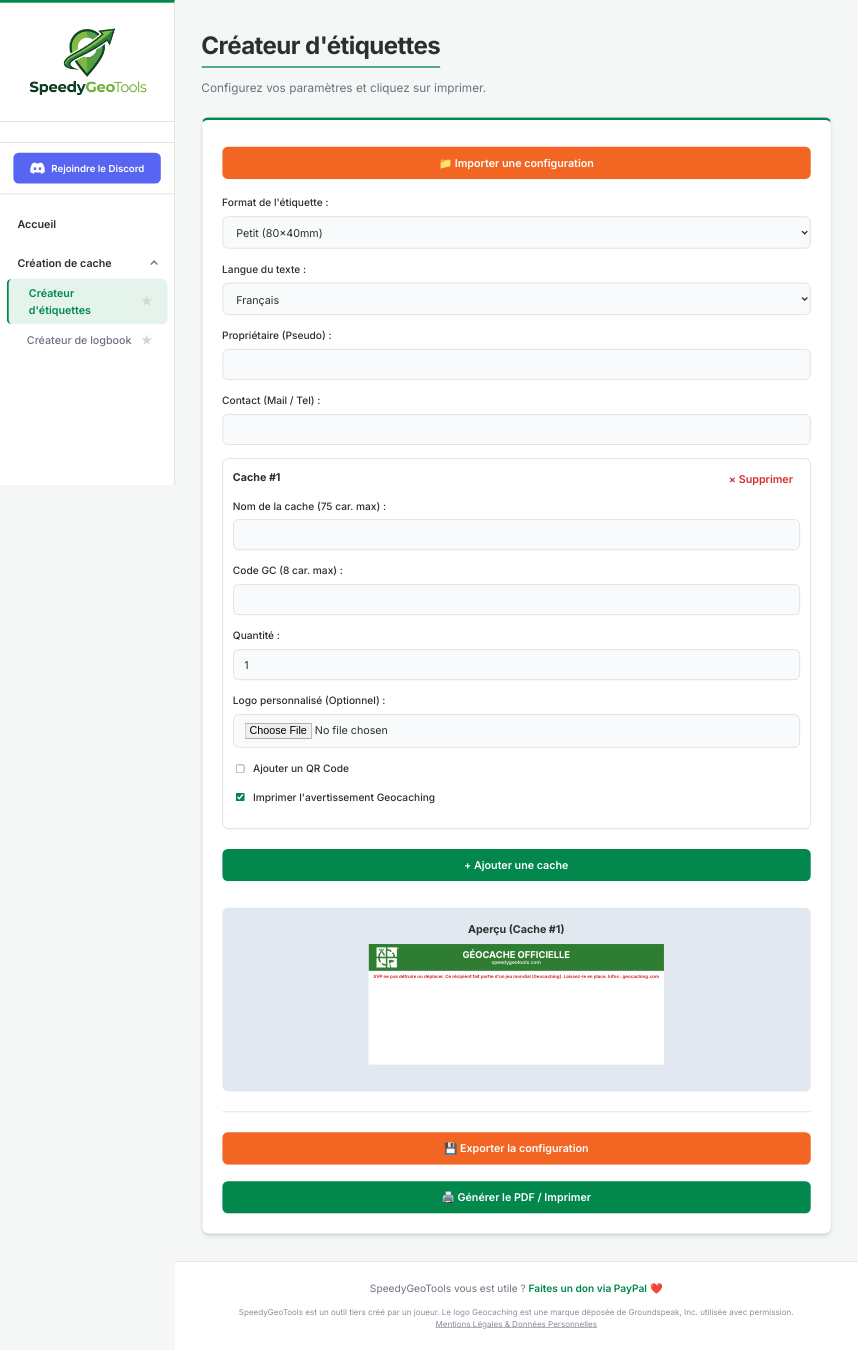
Repository: rodafux/SpeedyGeoTools
Page: etiquettes.html
An editor plug-in stored every save of this project. The page is shown before and after the next save, followed by the edit.
The browser window is 1280 px wide. The pictures show the whole page, at 67% of full size.

Above is the page before, as saved 2026-04-10 23:29:50.

### etiquettes.html
<!DOCTYPE html>
<html lang="fr">
<head>
    <meta charset="UTF-8">
    <meta name="viewport" content="width=device-width, initial-scale=1.0">
    <title>SpeedyGeoTools - Créateur d'étiquettes</title>
    <link rel="preconnect" href="https://fonts.googleapis.com">
    <link rel="preconnect" href="https://fonts.gstatic.com" crossorigin>
    <link href="https://fonts.googleapis.com/css2?family=Inter:wght@400;500;600;700&display=swap" rel="stylesheet">
    <link rel="stylesheet" href="css/style.css">
    <link rel="stylesheet" href="css/print.css">
    <script src="https://cdnjs.cloudflare.com/ajax/libs/qrious/4.0.2/qrious.min.js"></script>
</head>
<body>
    <div class="app-sidebar no-print">
        <a href="index.html" class="sidebar-brand">
            <img src="logo.png" alt="SpeedyGeoTools" class="brand-logo">
        </a>
        <div id="google_translate_element" class="translation-widget"></div>
        <div class="sidebar-discord">
            <a href="https://discord.gg/7D9yHJCKaA" target="_blank">
                <svg viewBox="0 0 127.14 96.36" width="22" height="22" fill="currentColor">
                    <path d="M107.7,8.07A105.15,105.15,0,0,0,81.47,0a72.06,72.06,0,0,0-3.36,6.83A97.68,97.68,0,0,0,49,6.83,72.37,72.37,0,0,0,45.64,0,105.89,105.89,0,0,0,19.39,8.09C2.79,32.65-1.71,56.6.54,80.21h0A105.73,105.73,0,0,0,32.71,96.36,77.7,77.7,0,0,0,39.6,85.25a68.42,68.42,0,0,1-10.85-5.18c.91-.66,1.8-1.34,2.66-2a75.57,75.57,0,0,0,64.32,0c.87.71,1.76,1.39,2.66,2a68.68,68.68,0,0,1-10.87,5.19,77,77,0,0,0,6.89,11.1A105.25,105.25,0,0,0,126.6,80.22h0C129.24,52.84,122.09,29.11,107.7,8.07ZM42.45,65.69C36.18,65.69,31,60,31,53s5-12.74,11.43-12.74S54,46,53.89,53,48.84,65.69,42.45,65.69Zm42.24,0C78.41,65.69,73.31,60,73.31,53s5-12.74,11.43-12.74S96.33,46,96.22,53,91.08,65.69,84.69,65.69Z"/>
                </svg>
                <span>Rejoindre le Discord</span>
            </a>
        </div>
        <div class="sidebar-nav">
            <a href="index.html">Accueil</a>
            <details open>
                <summary>Création de cache</summary>
                <a href="etiquettes.html" class="active">Créateur d'étiquettes</a>
                <a href="logbook.html">Créateur de logbook</a>
            </details>
        </div>
    </div>
    <div class="app-content">
        <div class="container no-print">
            <h1>Créateur d'étiquettes</h1>
            <p class="subtitle">Configurez vos paramètres et cliquez sur imprimer.</p>
            <div class="main-layout" style="display:block;">
                <div class="controls-panel">
                    <div style="margin-bottom: 25px;">
                        <input type="file" id="importEtiquettes" accept=".json" onchange="importConfig(event)" style="display: none;">
                        <button onclick="document.getElementById('importEtiquettes').click()" class="btn-secondary">📁 Importer une configuration</button>
                    </div>
                    <div class="form-group">
                        <label for="labelSize">Format de l'étiquette :</label>
                        <select id="labelSize" onchange="onSizeChange()">
                            <option value="micro">Micro (50x25mm)</option>
                            <option value="small" selected>Petit (80x40mm)</option>
                            <option value="regular">Standard (120x60mm)</option>
                        </select>
                    </div>
                    <div class="form-group">
                        <label for="pdfLanguage">Langue du texte :</label>
                        <select id="pdfLanguage" onchange="onSizeChange()">
                            <option value="fr">Français</option>
                            <option value="en">English (Anglais)</option>
                            <option value="de">Deutsch (Allemand)</option>
                            <option value="es">Español (Espagnol)</option>
                            <option value="it">Italiano (Italien)</option>
                            <option value="pt">Português (Portugais)</option>
                            <option value="nl">Nederlands (Néerlandais)</option>
                            <option value="cs">Čeština (Tchèque)</option>
                        </select>
                    </div>
                    <div class="form-group">
                        <label for="labelOwner">Propriétaire (Pseudo) :</label>
                        <input type="text" id="labelOwner" onkeyup="updateLabelPreview()">
                    </div>
                    <div class="form-group">
                        <label for="labelMail">Contact (Mail / Tel) :</label>
                        <input type="text" id="labelMail" onkeyup="updateLabelPreview()">
                    </div>
                    <div id="cachesListContainer"></div>
                    <button onclick="addCacheCard()" style="margin-bottom: 20px;">+ Ajouter une cache</button>
                    <div id="labelPreviewContainer" style="margin-top: 20px; background: #e2e8f0; padding: 20px; border-radius: 8px;"></div>
                    <div style="margin-top: 30px; border-top: 1px solid var(--border-color); padding-top: 20px;">
                        <button onclick="exportConfig()" class="btn-secondary" style="margin-bottom: 15px;">💾 Exporter la configuration</button>
                        <button onclick="generateLabelsAndPrint()">🖨️ Générer le PDF / Imprimer</button>
                    </div>
                </div>
            </div>
        </div>
        <footer class="site-footer no-print">
            <p>SpeedyGeoTools vous est utile ? <a href="https://paypal.me/JulienPorcher" target="_blank" rel="noopener noreferrer">Faites un don via PayPal</a> ❤️</p>
            <p class="disclaimer">
                SpeedyGeoTools est un outil tiers créé par un joueur. Le logo Geocaching est une marque déposée de Groundspeak, Inc. utilisée avec permission.<br>
                <a href="mentions-legales.html">Mentions Légales & Données Personnelles</a>
            </p>
        </footer>
    </div>
    <div id="render-area"></div>
    <script type="text/javascript" src="//translate.google.com/translate_a/element.js?cb=googleTranslateElementInit"></script>
    <script src="js/i18n.js"></script>
    <script src="js/formats/micro.js"></script>
    <script src="js/formats/small.js"></script>
    <script src="js/formats/regular.js"></script>
    <script src="js/etiquettes.js"></script>
    <script src="js/main.js"></script>
</body>
</html>

### css/print.css
@media print {
    @page { size: A4 portrait; margin: 0; }
    body { background: white; padding: 0; margin: 0; color: black; font-family: sans-serif; display: block; }
    body > * { display: none !important; }
    body > #render-area { display: block !important; width: 100%; }
    .a4-page { width: 210mm; height: 297mm; padding: 10mm 15mm; box-sizing: border-box; display: flex; justify-content: center; break-after: page; }
    .a4-page:last-child { page-break-after: auto; break-after: auto; }
    .log-strip { height: 100%; border: 1px solid #000; border-left: none; box-sizing: border-box; display: flex; flex-direction: column; overflow: hidden; }
    .log-strip:first-child { border-left: 1px solid #000; }
    .staple-area { min-height: 10mm; border-bottom: 1px dashed #999; }
    .official-logo-box { text-align: center; padding: 5mm 0; border-bottom: 1px solid #000; }
    .official-logo-box img { width: 20mm; height: auto; }
    .official-logo-box div { font-size: 7px; font-weight: bold; margin-top: 2px; }
    .strip-logo { width: 100%; max-height: 25mm; object-fit: contain; margin: 4mm 0; padding: 0 2mm; box-sizing: border-box; display: block; }
    .logo-container { border-bottom: 1px solid #000; }
    .created-on { text-align: center; font-size: 9px; font-weight: bold; background-color: #000 !important; color: #FFF !important; padding: 4px 1mm; border-bottom: 1px solid #000; text-transform: uppercase; letter-spacing: 0.3px; -webkit-print-color-adjust: exact; print-color-adjust: exact; }
    .cache-info { text-align: center; padding: 4px 3mm 4px 5mm; border-bottom: 1px solid #000; font-size: 10px; }
    .cache-info strong { font-size: 11px; display: block; }
    .emergency-box { padding: 6px 3mm 6px 5mm; border-bottom: 1px solid #000; font-size: 8px; line-height: 1.6; }
    .emergency-box strong { display: block; text-align: center; font-size: 10px; margin-bottom: 4px; }
    .warning-text { font-size: 6.5px; padding: 4px 3mm 4px 5mm; text-align: justify; line-height: 1.2; border-bottom: 1px solid #000; }
    .warning-text strong { display: block; text-align: center; margin-bottom: 3px; font-size: 7.5px; }
    .warning-text ul { padding-left: 8px; margin: 3px 0; }
    .qr-box { padding: 4px 3mm 4px 5mm; text-align: center; border-bottom: 1px solid #000; }
    .qr-title { font-size: 7px; font-weight: bold; margin-bottom: 2px; }
    .qr-warn { font-size: 6px; margin-top: 2px; color: #333; }
    .podium-box { display: flex; flex-direction: column; border-bottom: 1px solid #000; }
    .podium-stamp { border-bottom: 1px dotted #888; display: flex; flex-direction: column; padding: 2px 2px 2px 5mm; box-sizing: border-box; }
    .podium-stamp.with-tampon { min-height: 35mm; }
    .podium-stamp:last-child { border-bottom: none; }
    .podium-header { display: flex; flex-wrap: wrap; align-items: center; gap: 3px; font-size: 7px; color: #333; margin-bottom: 2mm; }
    .podium-title { font-weight: bold; font-size: 10px; color: #000; margin-right: 2px; }
    .podium-input-date { font-style: italic; }
    .podium-input-pseudo { font-style: italic; flex-grow: 1; }
    .podium-tampon { flex-grow: 1; display: flex; align-items: center; justify-content: center; font-size: 10px; color: #aaa; text-transform: uppercase; letter-spacing: 1px; border: 1px dotted #ccc; }
    .logs-container { flex-grow: 1; display: flex; flex-direction: column; }
    .log-row { flex: 1; border-bottom: 1px solid #ccc; box-sizing: border-box; display: flex; }
    .log-row:last-child { border-bottom: none; }
    .staple-spacer { border-bottom: 1px solid #ccc; }
    .log-date { width: 10mm; border-right: 1px dotted #ccc; font-size: 7px; padding: 2px 2px 2px 3mm; color: #666; box-sizing: border-box; }
    .log-name { flex-grow: 1; font-size: 7px; padding: 2px 2px 2px 2mm; color: #666; box-sizing: border-box; }
}

### js/formats/small.js
window.LabelFormats = window.LabelFormats || {};
window.LabelFormats.small = {
    generate: function(cache, t, isPreview, owner, mail) {
        const fontScale = isPreview ? 1.4 : 1;

        // QR Code : Réduit à 11.5mm pour laisser de l'espace vertical au texte
        let qrImgHtml = '';
        if (cache.hasQr && cache.qrUrl) {
            const tempCanvas = document.createElement('canvas');
            new QRious({ element: tempCanvas, value: cache.qrUrl, size: 150 });
            qrImgHtml = `
                <div style="flex: 0 0 11.5mm; display:flex; justify-content:flex-end; align-items:flex-end;">
                    <img src="${tempCanvas.toDataURL()}" style="width: 11.5mm; height: 11.5mm; object-fit: contain;">
                </div>`;
        }

        // Colonne de gauche : Logo + Code GC en dessous
        let leftColHtml = '';
        if (cache.logoBase64 || cache.code) {
            leftColHtml = `
                <div style="flex: 0 0 18mm; display:flex; flex-direction:column; align-items:center; justify-content:center; padding-right: 2mm; gap: 0.5mm;">
                    ${cache.logoBase64 ? `<img src="${cache.logoBase64}" style="max-height: 13mm; max-width: 16mm; object-fit: contain; flex-shrink:0;">` : ''}
                    ${cache.code ? `<div style="font-size: 8pt; font-weight:bold; color: #444; line-height:1; text-align:center;">${cache.code}</div>` : ''}
                </div>`;
        }

        // Avertissement : Police à 5pt, s'étend naturellement
        const warnHtml = cache.hasWarn ? `<div style="font-size: 5pt; color: #d32f2f; font-weight:700; margin-bottom: 0.8mm; line-height:1.1; width:100%; text-align:left; white-space: normal;">${t.labelWarn}</div>` : '';

        // Titre : Police réduite à 7.2pt. S'il fait 75 caractères, il tiendra sur 3 lignes sans écraser le bas
        const nameHtml = cache.name ? `<div style="width: 100%; text-align: center;"><div style="font-size: 7.2pt; font-weight:bold; color: #000; margin-bottom: 0; border: 1.2px solid #000; padding: 0.5mm 1mm; box-sizing:border-box; display:inline-block; max-width:100%; overflow-wrap: break-word; word-wrap: break-word; white-space: normal; line-height:1.1;">${cache.name}</div></div>` : '';

        const ownerHtml = owner ? `<div style="font-size: 6pt; color: #333; line-height:1.1; overflow:hidden; white-space:nowrap; text-overflow:ellipsis;">${t.labelOwnerPrefix}${owner}</div>` : '';
        const mailHtml = mail ? `<div style="font-size: 6pt; color: #333; line-height:1.1; overflow:hidden; white-space:nowrap; text-overflow:ellipsis;">${t.labelMailPrefix}${mail}</div>` : '';

        return `
            <div class="print-label" style="width: ${isPreview ? '100%' : '80mm'}; height: ${isPreview ? 'auto' : '40mm'}; min-height: ${isPreview ? '180px' : '40mm'}; background: #fff; box-sizing: border-box; display: flex; flex-direction: column; overflow: hidden; position: relative; ${isPreview ? 'border:none;' : 'border: 1px dashed #999;'}">

                <div style="background-color: #2e7d32 !important; color: #fff !important; width: 100%; height: ${isPreview ? '40px' : '9mm'}; text-align: center; flex-shrink: 0; box-sizing:border-box; -webkit-print-color-adjust: exact; print-color-adjust: exact; position: relative; display: flex; align-items: center; justify-content: center;">
                    <img src="Logo_Geocaching_4squares_White.png" style="position: absolute; left: ${isPreview ? '12px' : '2.5mm'}; height: ${isPreview ? '30px' : '6.5mm'}; width: auto; object-fit: contain;">
                    <div style="display: flex; flex-direction: column; align-items: center;">
                        <div style="font-weight: 700; text-transform: uppercase; font-size: ${7.5*fontScale}pt; line-height:1;">${t.labelHeader}</div>
                        <div style="font-size: 5.5pt; font-weight: 500; line-height:1; margin-top: 1px;">speedygeotools.com</div>
                    </div>
                </div>

                <div style="display:flex; flex-direction:row; flex:1; width: 100%; padding: 1mm 2mm; box-sizing:border-box; overflow:hidden; align-items: stretch;">

                    ${leftColHtml}

                    <div style="flex:1; display:flex; flex-direction:column; justify-content: space-between; min-width:0; height: 100%; overflow: hidden;">

                        <div style="flex: 1 1 auto; display: flex; flex-direction: column; min-height: 0; padding-top: 0.2mm;">
                            ${warnHtml}
                            ${nameHtml}
                        </div>

                        <div style="flex: 0 0 11.5mm; display:flex; flex-direction:row; width:100%; justify-content:space-between; align-items:flex-end;">
                            <div style="flex:1; min-width:0; overflow:hidden; display: flex; flex-direction: column; justify-content: flex-end; padding-bottom: 0.2mm;">
                                ${ownerHtml}
                                ${mailHtml}
                            </div>
                            ${qrImgHtml}
                        </div>
                    </div>
                </div>
            </div>
        `;
    }
};

Loaded but not shown: js/i18n.js (218 lines, source omitted); js/etiquettes.js (227 lines, source omitted); js/formats/micro.js (57 lines, source omitted); js/formats/regular.js (42 lines, source omitted); js/main.js (127 lines, source omitted); css/style.css (183 lines, source omitted)

After the next save:
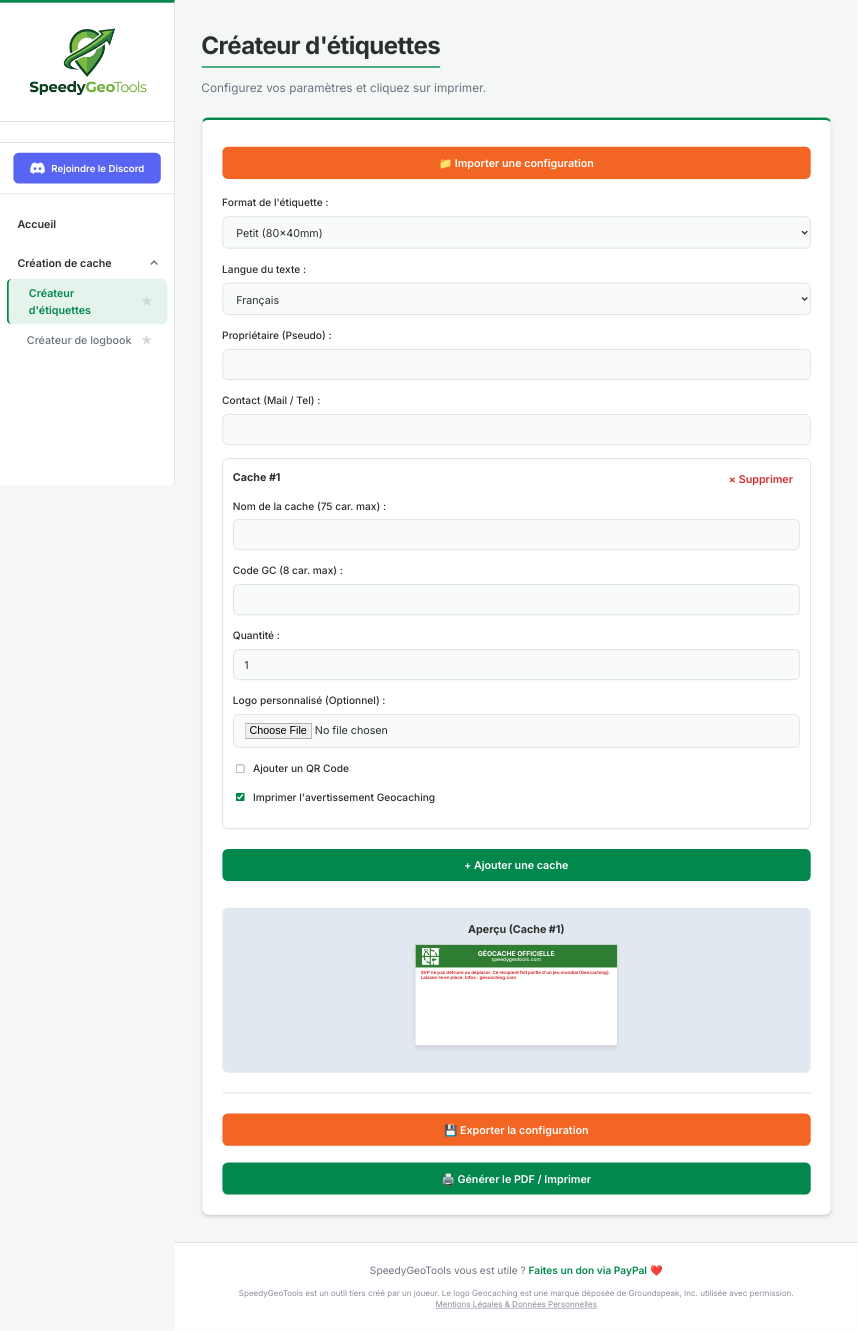
Saved 6 s later.
--- a/js/formats/small.js
+++ b/js/formats/small.js
@@ -1,9 +1,6 @@
 window.LabelFormats = window.LabelFormats || {};
 window.LabelFormats.small = {
     generate: function(cache, t, isPreview, owner, mail) {
-        const fontScale = isPreview ? 1.4 : 1;
-
-        // QR Code : Réduit à 11.5mm pour laisser de l'espace vertical au texte
         let qrImgHtml = '';
         if (cache.hasQr && cache.qrUrl) {
             const tempCanvas = document.createElement('canvas');
@@ -14,7 +11,6 @@
                 </div>`;
         }
 
-        // Colonne de gauche : Logo + Code GC en dessous
         let leftColHtml = '';
         if (cache.logoBase64 || cache.code) {
             leftColHtml = `
@@ -24,37 +20,31 @@
                 </div>`;
         }
 
-        // Avertissement : Police à 5pt, s'étend naturellement
         const warnHtml = cache.hasWarn ? `<div style="font-size: 5pt; color: #d32f2f; font-weight:700; margin-bottom: 0.8mm; line-height:1.1; width:100%; text-align:left; white-space: normal;">${t.labelWarn}</div>` : '';
-
-        // Titre : Police réduite à 7.2pt. S'il fait 75 caractères, il tiendra sur 3 lignes sans écraser le bas
         const nameHtml = cache.name ? `<div style="width: 100%; text-align: center;"><div style="font-size: 7.2pt; font-weight:bold; color: #000; margin-bottom: 0; border: 1.2px solid #000; padding: 0.5mm 1mm; box-sizing:border-box; display:inline-block; max-width:100%; overflow-wrap: break-word; word-wrap: break-word; white-space: normal; line-height:1.1;">${cache.name}</div></div>` : '';
-
         const ownerHtml = owner ? `<div style="font-size: 6pt; color: #333; line-height:1.1; overflow:hidden; white-space:nowrap; text-overflow:ellipsis;">${t.labelOwnerPrefix}${owner}</div>` : '';
         const mailHtml = mail ? `<div style="font-size: 6pt; color: #333; line-height:1.1; overflow:hidden; white-space:nowrap; text-overflow:ellipsis;">${t.labelMailPrefix}${mail}</div>` : '';
 
+        const borderStyle = isPreview ? 'border: 1px solid #ccc; box-shadow: 0 4px 6px rgba(0,0,0,0.1);' : 'border: 1px dashed #999;';
+
         return `
-            <div class="print-label" style="width: ${isPreview ? '100%' : '80mm'}; height: ${isPreview ? 'auto' : '40mm'}; min-height: ${isPreview ? '180px' : '40mm'}; background: #fff; box-sizing: border-box; display: flex; flex-direction: column; overflow: hidden; position: relative; ${isPreview ? 'border:none;' : 'border: 1px dashed #999;'}">
+            <div class="print-label" style="width: 80mm; height: 40mm; background: #fff; box-sizing: border-box; display: flex; flex-direction: column; overflow: hidden; position: relative; ${borderStyle}">
 
-                <div style="background-color: #2e7d32 !important; color: #fff !important; width: 100%; height: ${isPreview ? '40px' : '9mm'}; text-align: center; flex-shrink: 0; box-sizing:border-box; -webkit-print-color-adjust: exact; print-color-adjust: exact; position: relative; display: flex; align-items: center; justify-content: center;">
-                    <img src="Logo_Geocaching_4squares_White.png" style="position: absolute; left: ${isPreview ? '12px' : '2.5mm'}; height: ${isPreview ? '30px' : '6.5mm'}; width: auto; object-fit: contain;">
+                <div style="background-color: #2e7d32 !important; color: #fff !important; width: 100%; height: 9mm; text-align: center; flex-shrink: 0; box-sizing:border-box; -webkit-print-color-adjust: exact; print-color-adjust: exact; position: relative; display: flex; align-items: center; justify-content: center;">
+                    <img src="Logo_Geocaching_4squares_White.png" style="position: absolute; left: 2.5mm; height: 6.5mm; width: auto; object-fit: contain;">
                     <div style="display: flex; flex-direction: column; align-items: center;">
-                        <div style="font-weight: 700; text-transform: uppercase; font-size: ${7.5*fontScale}pt; line-height:1;">${t.labelHeader}</div>
+                        <div style="font-weight: 700; text-transform: uppercase; font-size: 7.5pt; line-height:1;">${t.labelHeader}</div>
                         <div style="font-size: 5.5pt; font-weight: 500; line-height:1; margin-top: 1px;">speedygeotools.com</div>
                     </div>
                 </div>
 
                 <div style="display:flex; flex-direction:row; flex:1; width: 100%; padding: 1mm 2mm; box-sizing:border-box; overflow:hidden; align-items: stretch;">
-
                     ${leftColHtml}
-
                     <div style="flex:1; display:flex; flex-direction:column; justify-content: space-between; min-width:0; height: 100%; overflow: hidden;">
-
                         <div style="flex: 1 1 auto; display: flex; flex-direction: column; min-height: 0; padding-top: 0.2mm;">
                             ${warnHtml}
                             ${nameHtml}
                         </div>
-
                         <div style="flex: 0 0 11.5mm; display:flex; flex-direction:row; width:100%; justify-content:space-between; align-items:flex-end;">
                             <div style="flex:1; min-width:0; overflow:hidden; display: flex; flex-direction: column; justify-content: flex-end; padding-bottom: 0.2mm;">
                                 ${ownerHtml}
